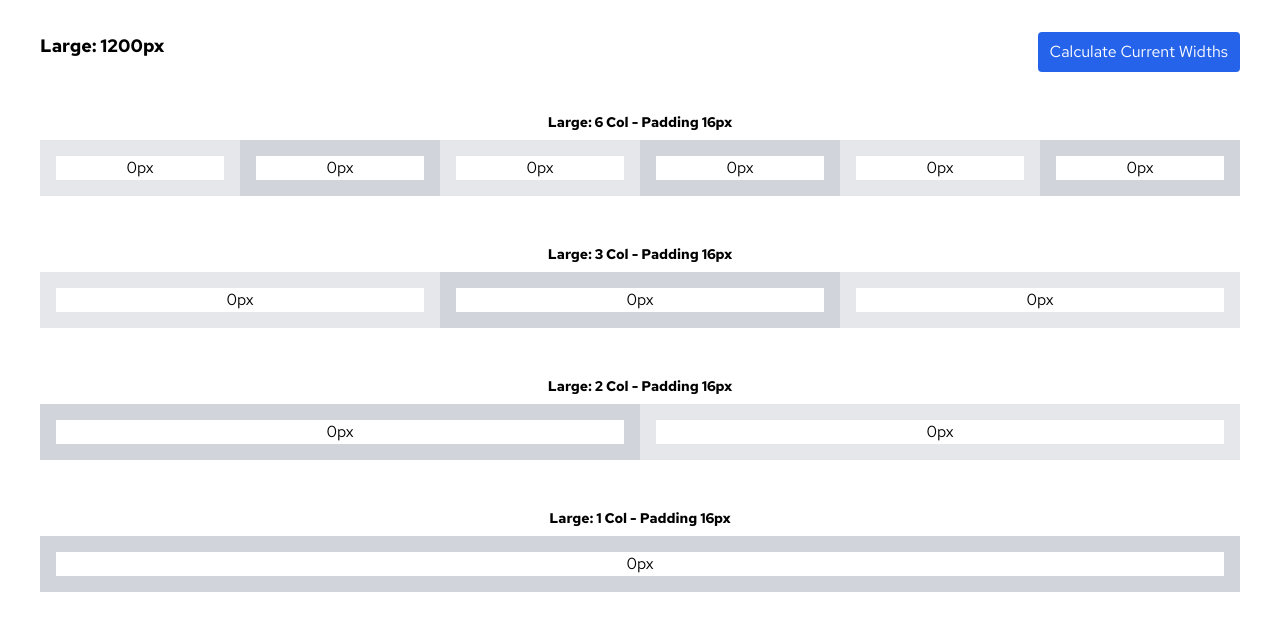
Repository: fabianwurk/vue-tailwind
Page: /
An editor plug-in stored every save of this project. The page is shown before and after the next save, followed by the edit.
The browser window is 1280 px wide. The pictures show the whole page.
The project was rebuilt for these pictures with package versions that can differ from the ones it lists, and the page was loaded fresh each time. Also part of the build but not shown: vite.config.js.

Above is the page before, as saved 2021-03-16 22:41:58.

After the next save:
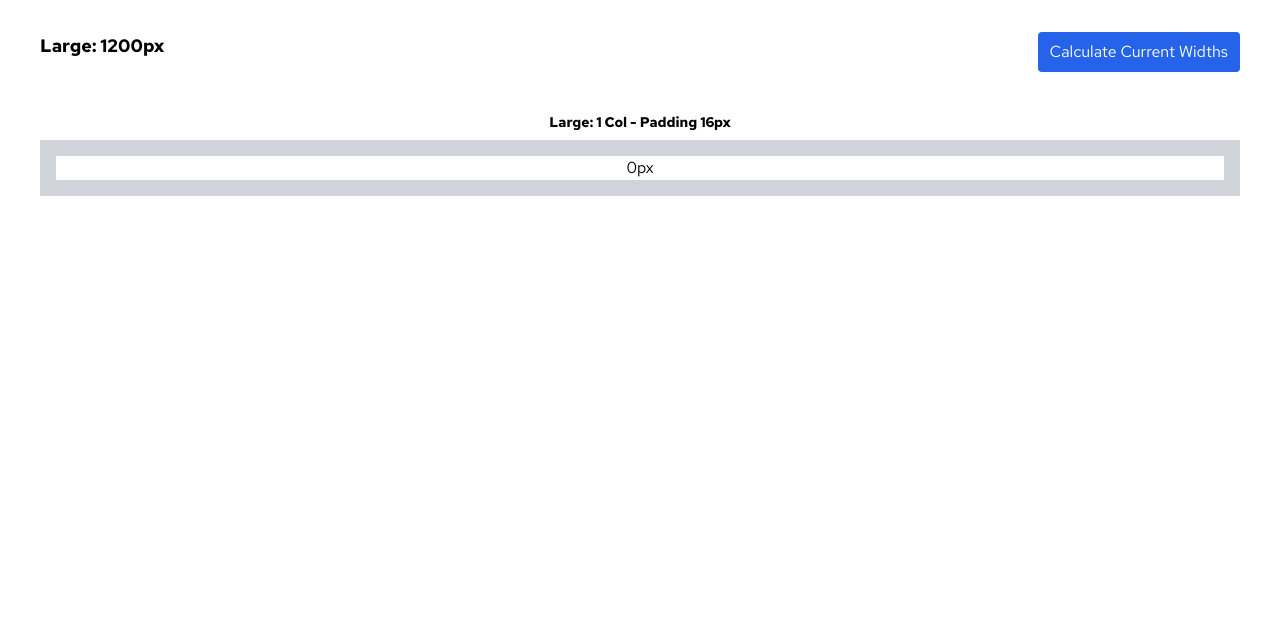
Saved 2 min 52 s later.
--- a/src/components/Large.vue
+++ b/src/components/Large.vue
@@ -5,57 +5,6 @@
       <div class="flex flex-wrap justify-between px-4 lg:px-0">
         <h1 class="text-lg font-bold mb-2 mt-8 text-center">Large: 1200px</h1>
         <button class="bg-blue-600 hover:bg-blue-800 text-white px-3 py-2 mt-8 mb-2 rounded" @click="calculateWidth()">Calculate Current Widths</button>
-      </div>
-    </div>
-
-    <div class="container mx-auto">
-      <h2 class="text-sm font-bold mb-2 mt-8 text-center">Large: 6 Col - Padding 16px</h2>
-      <div class="flex items-center">
-        <div class="w-1/6 bg-gray-200 mb-4 mt-0 py-4 px-4 text-center">
-          <span class="bg-white w-full block" ref="w6">{{width6}}px</span>
-        </div>
-        <div class="w-1/6 bg-gray-300 mb-4 mt-0 py-4 px-4 text-center">
-          <span class="bg-white w-full block" ref="w6">{{width6}}px</span>
-        </div>
-        <div class="w-1/6 bg-gray-200 mb-4 mt-0 py-4 px-4 text-center">
-          <span class="bg-white w-full block" ref="w6">{{width6}}px</span>
-        </div>
-        <div class="w-1/6 bg-gray-300 mb-4 mt-0 py-4 px-4 text-center">
-          <span class="bg-white w-full block" ref="w6">{{width6}}px</span>
-        </div>
-        <div class="w-1/6 bg-gray-200 mb-4 mt-0 py-4 px-4 text-center">
-          <span class="bg-white w-full block" ref="w6">{{width6}}px</span>
-        </div>
-        <div class="w-1/6 bg-gray-300 mb-4 mt-0 py-4 px-4 text-center">
-          <span class="bg-white w-full block" ref="w6">{{width6}}px</span>
-        </div>
-      </div>
-    </div>
-
-    <div class="container mx-auto">
-      <h2 class="text-sm font-bold mb-2 mt-8 text-center">Large: 3 Col - Padding 16px</h2>
-      <div class="flex items-center">
-        <div class="w-1/3 bg-gray-200 mb-4 mt-0 py-4 px-4 text-center">
-          <span class="bg-white w-full block" ref="w3">{{width3}}px</span>
-        </div>
-        <div class="w-1/3 bg-gray-300 mb-4 mt-0 py-4 px-4 text-center">
-          <span class="bg-white w-full block" ref="w3">{{width3}}px</span>
-        </div>
-        <div class="w-1/3 bg-gray-200 mb-4 mt-0 py-4 px-4 text-center">
-          <span class="bg-white w-full block" ref="w3">{{width3}}px</span>
-        </div>
-      </div>
-    </div>
-
-    <div class="container mx-auto">
-      <h2 class="text-sm font-bold mb-2 mt-8 text-center">Large: 2 Col - Padding 16px</h2>
-      <div class="flex items-center">
-        <div class="w-1/2 bg-gray-300 mb-4 mt-0 py-4 px-4 text-center">
-          <span class="bg-white w-full block" ref="w2">{{width2}}px</span>
-        </div>
-        <div class="w-1/2 bg-gray-200 mb-4 mt-0 py-4 px-4 text-center">
-          <span class="bg-white w-full block" ref="w2">{{width2}}px</span>
-        </div>
       </div>
     </div>
 
